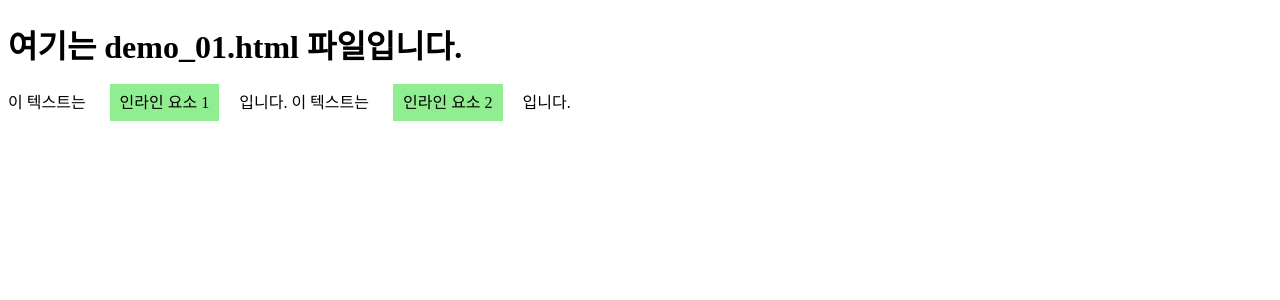
Repository: kimmingyeong225/totalJSP
Page: class_flexbox_011/src/main/webapp/demo_00.html
The author's editor kept a copy of each file at every save. The page is drawn from the files as they stood at one save, then again after the next save.
The browser window is 1280 px wide. The pictures show the whole page.

Above is the page before, as saved 2024-07-01 00:25:26.

After the next save:
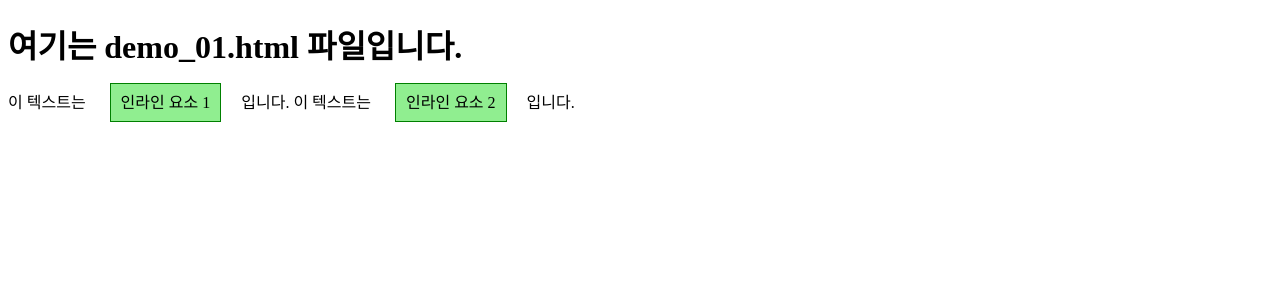
Saved 39 s later.
--- a/class_flexbox_011/src/main/webapp/demo_00.html
+++ b/class_flexbox_011/src/main/webapp/demo_00.html
@@ -10,6 +10,7 @@
 		margin-top: 200px;
 		margin-left: 20px;
 		margin-right: 20px;
+		border: 1px solid green;
 	}
 </style>
 </head>
